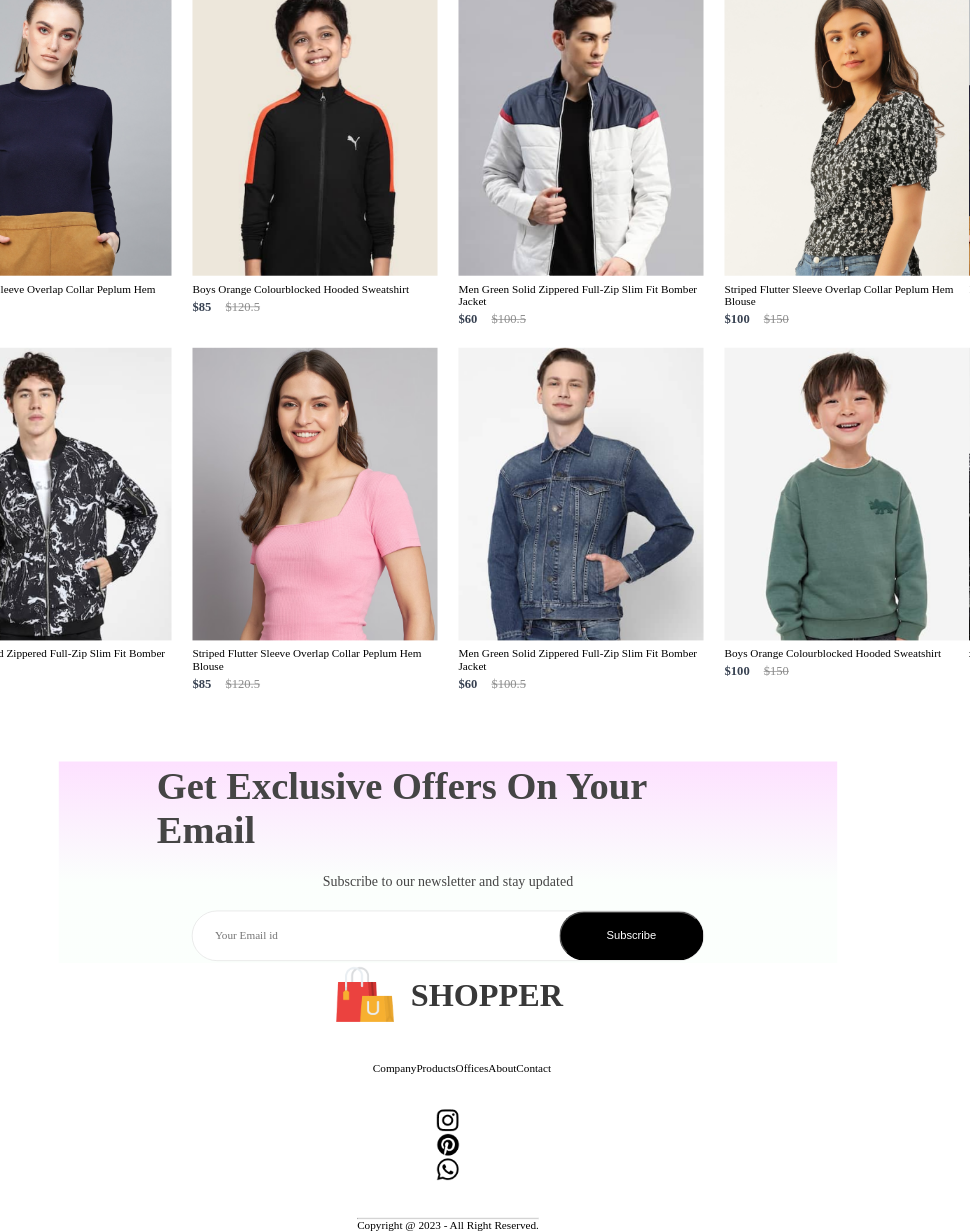
Repository: Nandhini653/SHOPPER-ECOM
Page: /
These files come from the project's save history. The page is drawn as it stood at one moment and after a run of saves; the edit follows.
The browser window is 1280 px wide. The page is 1385 px wide, so the pictures cover 1385 px, including what lies to the right of the window. The pictures show the part of the page from y = 2207 to 3967 px (the page is 3967 px tall), at 70% of full size.
The project was rebuilt for these pictures with package versions that can differ from the ones it lists, and the page was loaded fresh each time. Also part of the build but not shown: src/App.css, src/Pages/ShopCategory.jsx, src/Pages/Cart.jsx, src/Pages/LoginSignup.jsx, src/Pages/Product.jsx.

Above is the page before, as saved 2024-06-22 18:33:11.

### src/index.css
* {
  margin: 0;
}

body {
  margin: 0;
  font-family: -apple-system, BlinkMacSystemFont, 'Segoe UI', 'Roboto', 'Oxygen',
    'Ubuntu', 'Cantarell', 'Fira Sans', 'Droid Sans', 'Helvetica Neue',
    sans-serif;
  -webkit-font-smoothing: antialiased;
  -moz-osx-font-smoothing: grayscale;
  font-family: 'poppins';
}

code {
  font-family: source-code-pro, Menlo, Monaco, Consolas, 'Courier New',
    monospace;
}

### src/App.js

import './App.css';
import Navbar from './Components/Navbar/Navbar';
import ShopCategory from './Pages/ShopCategory';
import Cart from './Pages/Cart';
import LoginSignup from './Pages/LoginSignup';
import Product from './Pages/Product';
import Shop from './Pages/Shop';
import { BrowserRouter,Routes,Route } from 'react-router-dom';

function App() {
  return (
    <div>
      <BrowserRouter>
      <Navbar/>
      <Routes>
        <Route path = '/' element={<Shop/>}/>
        <Route path = '/mens' element={<ShopCategory category="men"/>}/>
        <Route path = '/womens' element={<ShopCategory category="women"/>}/>
        <Route path = '/kids' element={<ShopCategory category="kids"/>}/>
        <Route path= '/product' element={<Product/>}/>
        <Route path='/product/:productId' element={<Product />} />
        <Route path='/cart' element={<Cart/>}/>
        <Route path='/login' element={<LoginSignup/>}/>
      </Routes>
      </BrowserRouter>
    </div>
  );
}

export default App;

### src/Components/Navbar/Navbar.jsx
import React, { useState } from 'react'
import './Navbar.css'
import logo from '../Assests/logo.png'
import cart_icon from '../Assests/cart_icon.png'
import { Link } from 'react-router-dom'


const Navbar = () => {

    const [menu, setMenu] = useState("shop")
  return (
    <div className='navbar'>
        <div className="nav-logo">
            <img src={logo} alt="logo" />
            <p>SHOPPER</p>
        </div>
      <div className="nav-menu">
        <li onClick={()=> {setMenu("shop")}}> <Link  style ={{textDecoration: 'none '}} to='/'>Shop</Link> {menu === "shop"? <hr/> :<></>}</li>
        <li onClick={()=> {setMenu("mens")}}><Link style ={{textDecoration: 'none '}} to='/mens'>Men</Link>  {menu === "mens"? <hr/> :<></>}</li>
        <li onClick={()=> {setMenu("womens")}}><Link style ={{textDecoration: 'none '}} to='/womens'>Women </Link> {menu === "womens"? <hr/> :<></>}</li>
        <li onClick={()=> {setMenu("kids")}}><Link style ={{textDecoration: 'none '}} to='/kids'>Kids</Link>  {menu === "kids"? <hr/> :<></>}</li>
      </div>
      <div className="nav-login-cart">
        <Link to='/login'><button>Login</button></Link>
        <Link to='/cart'><img src= {cart_icon} alt='cart-icon'/></Link>
        <div className="nav-cart-count">0</div>
      </div>
    </div>
  )
}

export default Navbar

### src/Pages/Shop.jsx
import React from 'react'
import Hero from '../Components/Hero/Hero'
import Popular from '../Components/Popular/Popular'
import Offers from '../Components/Offers/Offers'
import NewCollections from '../Components/NewCollections/NewCollections'
import NewsLetter from '../Components/NewsLetter/NewsLetter'
import Footer from '../Components/Footer/Footer'

const Shop = () => {
  return (
    <div>
      <Hero/>
      <Popular/>
      <Offers/>
      <NewCollections/>
      <NewsLetter/>
      <Footer/>
    </div>
  )
}

export default Shop

### src/Components/Navbar/Navbar.css
  .navbar {
    display: flex;
    justify-content: space-around;
    padding: 16px;
    box-shadow: 0 1px 3px -2px black;
  }

  .nav-logo {
    display: flex;
    align-items: center;
    gap: 10px;
  }

  .nav-logo p{
    color: #171717;
    font-size: 38px;
    font-weight: 600;
  }
  .nav-menu {
    display: flex;
    align-items: center;
    list-style: none;
    gap: 50px;
    color: #626262;
    font-size: 20px;
    font-weight: 500;
  }

  .nav-menu li {
    display: flex;
    flex-direction: column;
    align-items: center;
    justify-content: center;
    gap: 3px;
    cursor: pointer;
  }

  .nav-menu hr {
    border: none;
    width: 80%;
    height: 3px;
    border-radius: 10px;
    background: #FF4141;
  }

.nav-login-cart {
    display: flex;
    align-items: center;
    gap: 45px;
}

.nav-login-cart button {
    width: 157px;
    height: 58px;
    outline: none;
    border: 1 px solid #7a7a7a;
    border-radius: 75px;
    font-size: 20px;
    font-weight: 500;
    background: white;
    cursor: pointer;
}

.nav-login-cart button:active {
    background: #f3f3f3;
}

.nav-cart-count {
    width: 22px;
    height: 22px;
    display: flex;
    justify-content: center;
    align-items: center;
    margin-top: -35px;
    margin-left: -55px;
    border-radius: 11px;
    font-size: 14px;
    background: red;
    color: white;

}

### src/Components/Hero/Hero.jsx
import React from 'react'
import './Hero.css'
import hand_icon from '../Assests/hand_icon.png'
import arrow_icon from '../Assests/arrow.png'
import hero_image from '../Assests/hero_image.png'


const Hero = () => {
    return (
        <div className='hero'>
            <div className="hero-left">
                <h2> NEW ARRIVALS ONLY</h2>
                <div>
                    <div className='hero-hand-icon'>
                        <p> new </p>
                        <img src={hand_icon} alt="" />
                    </div>
                    <p> collection </p>
                    <p> for everyone</p>
                </div>
                <div className="hero-latest-btn">
                    <div>Latest Collection</div>
                    <img src={arrow_icon} alt=""/>
                </div>
            </div>
            <div className="hero-right">
                <img src={hero_image} alt =""/>
            </div>
        </div>
    )
}

export default Hero

### src/Components/Popular/Popular.jsx
import React from 'react'
import './Popular.css'
import data_product from '../Assests/data'
import Item from '../Item/Item'

const Popular = () => {
  return (
    <div className='popular'>
      <h1>POPULAR IN WOMEN</h1>
      <hr />
      <div className="popular-item">
        {data_product.map((item, i) => {
          return (
            <Item
              key={i}
              id={item.id}
              name={item.name}
              image={item.image}
              new_price={item.new_price}
              old_price={item.old_price}
            />
          );
        })}
      </div>
    </div>
  );
}


export default Popular

### src/Components/Offers/Offers.jsx
import React from 'react'
import './Offers.css'
import exclusive_image from '../Assests/exclusive_image.png'

const Offers = () => {
  return (
    <div className='offers'>
      <div className="offers-left">
        <h1> Exclusive </h1>
        <h1> Offers For You </h1>
        <p>ONLY ON BEST SELLERS PRODUCTS </p>
        <button> Check Now </button>
      </div>
      <div className="offers-right">
        <img src= {exclusive_image} alt="" />
      </div>
    </div>
  )
}

export default Offers

### src/Components/NewCollections/NewCollections.jsx
import React from 'react'
import './NewCollections.css'
import new_collection from '../Assests/new_collections'
import Item from '../Item/Item'

const NewCollections = () => {
    return (
        <div className="new-collections">
            <h1> NEW COLLECTIONS </h1>
            <hr/>
            <div className="collections">
                {new_collection.map((item, i) => {
                    return <Item
                        key={i}
                        id={item.id}
                        name={item.name}
                        image={item.image}
                        new_price={item.new_price}
                        old_price={item.old_price} />
                })}
            </div>
        </div>
    )
}

export default NewCollections

### src/Components/NewsLetter/NewsLetter.jsx
import React from 'react'
import './NewsLetter.css'

const NewsLetter = () => {
  return (
    <div className='newsletter'>
      <h1> Get Exclusive Offers On Your Email </h1>
       <p> Subscribe to our newsletter and stay updated</p>
       <div>
        <input type='email' placeholder='Your Email id'/>
        <button> Subscribe </button>
       </div>

    </div>
  )
}

export default NewsLetter

### src/Components/Footer/Footer.jsx
import React from 'react'
import './Footer.css'
import footer_logo from '../Assests/logo_big.png'
import instagram_icon from '../Assests/instagram_icon.png'
import pintester_icon from '../Assests/pintester_icon.png'
import whatsapp_icon from '../Assests/whatsapp_icon.png'

const Footer = () => {
    return (
        <div className='footer'>
            <div className="footer-logo">
                <img src={footer_logo} alt='' />
                <p>SHOPPER</p>
            </div>
            <ul className='footer-links'>
                <li>Company</li>
                <li>Products</li>
                <li>Offices</li>
                <li>About</li>
                <li>Contact</li>
            </ul>
            <div className="footer-social-icon">
                <div className="footer-icons-container">
                    <img src={instagram_icon} alt="" />
                </div>
                <div className="footer-icons-container">
                    <img src={pintester_icon} alt="" />
                </div>
                <div className="footer-icons-container">
                    <img src={whatsapp_icon} alt="" />
                </div>
            </div>
             <div className="footer-copy-right">
                <hr/>
                <p> Copyright @ 2023 - All Right Reserved.</p>
             </div>
        </div>
    )
}

export default Footer

### src/Components/Hero/Hero.css
.hero {
    height: 100vh;
    background: linear-gradient(180deg, #fde1ff, #e1ffea22 60%);
    display: flex;
}

.hero-left {
    flex: 1;
    display: flex;
    flex-direction: column;
    justify-content: center;
    gap: 20px;
    padding-left: 180px;
    line-height: 1.1;
}

.hero-left h2 {
    color: #171717;
    font-size: 100px;
    font-weight: 700;
}

.hero-left p {
    color: #171717;
    font-size: 100px;
    font-weight: 700;
}

.hero-hand-icon {
     display: flex;
    align-items: center;
    gap:20px;
}

.hero-hand-icon img {
    width: 105px;
}

.hero-latest-btn {
    display: flex;
    justify-content: center;
    align-items: center;
    gap: 15px;
    width: 310px;
    height: 70px;
    border-radius: 75px;
    margin-top: 30px;
    background: #ff4141;
    color: white;
    font-size: 22px;
    font-weight: 500;
}

.hero-right {
    flex: 1;
    display: flex;
    align-items: center;
    justify-content: center;
}

### src/Components/Popular/Popular.css
.popular {
      display: flex;
      flex-direction: column;
      align-items: center;
      gap: 10px;
      height: 90vh;
}

.popular h1 {
    color: #171717;
    font-size: 50px;
    font-weight: 600;
}

.popular hr {
    width: 200px;
    height: 6px;
    border-radius: 10px;
    background: #252525;
}

.popular-item {
    display: flex;
    margin-top: 50px;
    gap: 30px;
}

### src/Components/Assests/data.js
import p1_img from './product_1.png'
import p2_img from './product_2.png'
import p3_img from './product_3.png'
import p4_img from './product_4.png'

let data_product = [
  {
    id:1,
    name:"Striped Flutter Sleeve Overlap Collar Peplum Hem Blouse",
    image:p1_img,
    new_price:50.00,
    old_price:80.50,
  },
  {id:2,
    name:"Striped Flutter Sleeve Overlap Collar Peplum Hem Blouse",
    image:p2_img,
    new_price:85.00,
    old_price:120.50,
  },
  {id:3,
    name:"Striped Flutter Sleeve Overlap Collar Peplum Hem Blouse",
    image:p3_img,
    new_price:60.00,
    old_price:100.50,
  },
  {id:4,
    name:"Striped Flutter Sleeve Overlap Collar Peplum Hem Blouse",
    image:p4_img,
    new_price:100.00,
    old_price:150.00,
  },
];

export default data_product;

### src/Components/Item/Item.jsx
import React from 'react'
import './Item.css'


const Item = (props) => {
  return (
    <div className='item'>
        <img src={props.image} alt = ""/>
        <p>{props.name}</p>
        <div className="item-prices">
            <div className="item-prices-new">
                ${props.new_price}
            </div>
            <div className="item-prices-old">
                ${props.old_price}
            </div>
        </div>

    </div>
  )
}

export default Item

### src/Components/Offers/Offers.css
.offers {
    width: 65%;
    height: 60vh;
    display: flex;
    margin: auto;
    padding: 0px 140px;
    margin-bottom:  150px;
    background: linear-gradient(180deg, #fde1ff, #e1ffea22 60% );
}

.offers-left {
    flex: 1;
    display: flex;
    flex-direction: column;
    justify-content: center;
}

.offers-left h1 {
    color: #171717;
    font-size: 80px;
    font-weight: 600;
}

.offers-left p {
    color: #171717;
    font-size: 22px;
    font-weight: 600;
}

.offers-left button {
     width: 282px;
     height: 70px;
     border-radius: 35px;
     background: #ff4141;
     color: white;
     font-size: 22px;
     margin-top: 30px;
     font-weight: 500;
     cursor: pointer;
}

.offers-right {
    flex: 1;
    display: flex;
    align-items: center;
    justify-content: flex-end;
    padding-top: 50px;
}

### src/Components/NewCollections/NewCollections.css
.new-collections {
    display: flex;
    flex-direction: column;
    align-items: center;
    gap: 10px;
    margin-bottom: 100px;
}

.new-collections h1 {
    color: #171717;
    font-size: 50px;
    font-weight: 600;
}

.new-collections hr {
    width: 200px;
    height: 6px;
    border-radius: 10px;
    background: #252525;
}

.collections {
    display: grid;
    grid-template-columns: 1fr 1fr 1fr 1fr;
    margin-top: 50px;
    gap: 30px;
}

### src/Components/Assests/new_collections.js
import p1_img from "./product_12.png";
import p2_img from "./product_35.png";
import p3_img from "./product_14.png";
import p4_img from "./product_8.png";
import p5_img from "./product_15.png";
import p6_img from "./product_2.png";
import p7_img from "./product_17.png";
import p8_img from "./product_28.png";

let new_collections = [
  {
    id: 12,
    name: "Striped Flutter Sleeve Overlap Collar Peplum Hem Blouse",
    image: p1_img,
    new_price: 50.0,
    old_price: 80.5,
  },
  {
    id: 35,
    name: "Boys Orange Colourblocked Hooded Sweatshirt",
    image: p2_img,
    new_price: 85.0,
    old_price: 120.5,
  },
  {
    id: 14,
    name: "Men Green Solid Zippered Full-Zip Slim Fit Bomber Jacket",
    image: p3_img,
    new_price: 60.0,
    old_price: 100.5,
  },
  {
    id: 8,
    name: "Striped Flutter Sleeve Overlap Collar Peplum Hem Blouse",
    image: p4_img,
    new_price: 100.0,
    old_price: 150.0,
  },
  {
    id: 15,
    name: "Men Green Solid Zippered Full-Zip Slim Fit Bomber Jacket",
    image: p5_img,
    new_price: 50.0,
    old_price: 80.5,
  },
  {
    id: 2,
    name: "Striped Flutter Sleeve Overlap Collar Peplum Hem Blouse",
    image: p6_img,
    new_price: 85.0,
    old_price: 120.5,
  },
  {
    id: 17,
    name: "Men Green Solid Zippered Full-Zip Slim Fit Bomber Jacket",
    image: p7_img,
    new_price: 60.0,
    old_price: 100.5,
  },
  {
    id: 28,
    name: "Boys Orange Colourblocked Hooded Sweatshirt",
    image: p8_img,
    new_price: 100.0,
    old_price: 150.0,
  },
];

export default new_collections;

### src/Components/NewsLetter/NewsLetter.css
.newsletter {
    width: 65%;
    height: 40vh;
    display: flex;
    flex-direction: column;
    align-items: center;
    justify-content: center;
    margin: auto;
    padding: 0px 140px;
    background: linear-gradient(180deg, #fde1ff, #e1ffea22 60%);
    gap: 30px;
}

.newsletter h1 {
    color: #454545;
    font-size: 55px;
    font-weight: 600;
}

.newsletter p {
    color: #454545;
    font-size: 20px;
}

.newsletter div {
      display: flex;
      align-items: center;
      justify-content: space-between;
      background: white;
      width: 730px;
      height: 70px;
      border-radius: 80px;
      border: 1px solid #e3e3e3;
}

.newsletter input {
    width: 500px;
    margin-left: 30px;
    border: none;
    outline: none;
    color: #616161;
    font-family: Poppins;
    font-size: 16px;
}

.newsletter button {
    width: 210px;
    height: 70px;
    border-radius: 80px;
    background: black;
    color: white;
    font-size: 16px;
    cursor: pointer;
}

### src/Components/Footer/Footer.css
.footer {
    display: flex;
    flex-direction: column;
    justify-content: center;
    align-items: center;
    gap: 50px;
}

.footer-logo {
    display: flex;
    align-items: center;
    gap: 20px;
}

.footer-logo p {
    color: #383838;
    font-size: 46px;
    font-weight: 700;
}

.footer-links {
    display: flex;
    list-style: none;

}

### src/Components/Item/Item.css
.item {
    width: 350px;
}

.item p {
    margin: 6px 0px;
}

.item-prices {
    display: flex;
    gap: 20px;
}

.item-prices-new {
    color: #374151;
    font-size: 18px;
    font-weight: 600;
}

.item-prices-old {
    color: #8c8c8c;
    font-size: 18px;
    font-weight: 500;
    text-decoration: line-through;
}

.item:hover {
    transform: scale(1.05);
    transition: 0.6s;
}

Loaded but not shown: src/index.js (common file); src/reportWebVitals.js (common file)

After the next 4 saves:
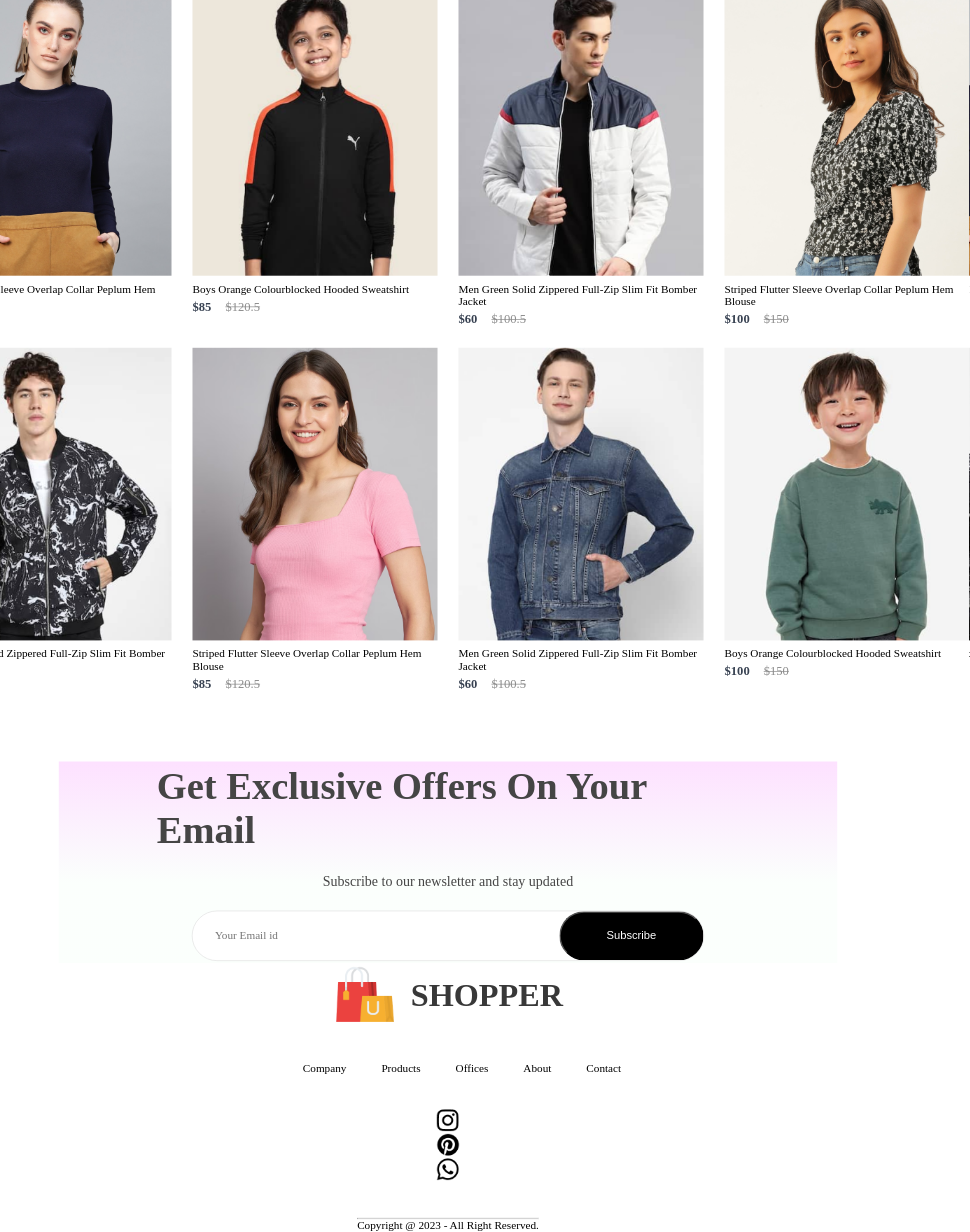
The 4 saves are shown as one change because they came seconds apart.
The last was saved 10 s later.
--- a/src/Components/Footer/Footer.css
+++ b/src/Components/Footer/Footer.css
@@ -21,5 +21,6 @@
 .footer-links {
     display: flex;
     list-style: none;
-
+    gap: 50px;
+    color: ;
 }
